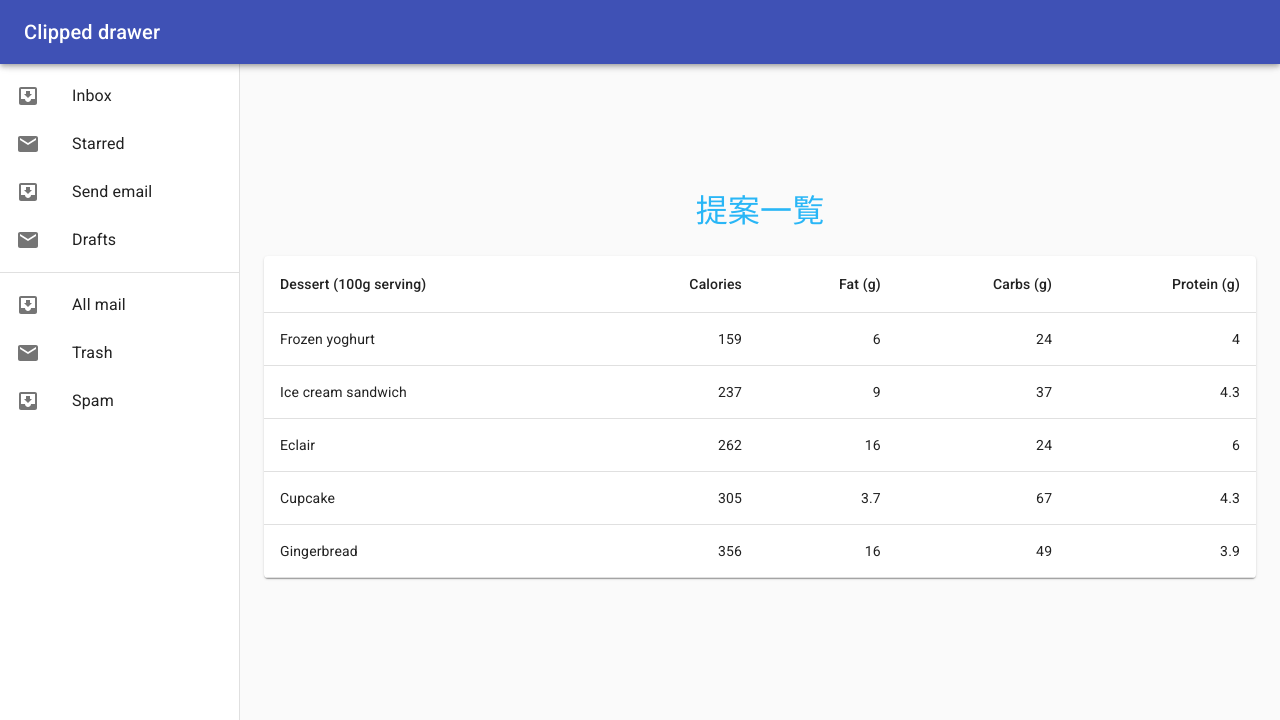
Repository: ukiyah/test
Page: / (app in src/)
These files come from the project's save history. The page is drawn as it stood at one moment and after the next save; the edit follows.
The browser window is 1280 px wide. The pictures show the whole page.
The project was rebuilt for these pictures with package versions that can differ from the ones it lists, and the page was loaded fresh each time. Also part of the build but not shown: src/material-dashboard-react.js, src/Navbars/ref_AdminNavbarLinks/customInputStyle.js, src/Navbars/ref_AdminNavbarLinks/CustomInput.js, src/Navbars/ref_AdminNavbarLinks/buttonStyle.js, src/Navbars/ref_AdminNavbarLinks/Button.js, src/Navbars/ref_AdminNavbarLinks/dropdownStyle.js, src/Navbars/ref_AdminNavbarLinks/headerLinksStyle.js, src/Navbars/AdminNavbarLinks.js and 4 more.

Above is the page before, as saved 2020-02-20 18:39:34.

### src/index.css
body {
  margin: 0;
  font-family: -apple-system, BlinkMacSystemFont, 'Segoe UI', 'Roboto', 'Oxygen',
    'Ubuntu', 'Cantarell', 'Fira Sans', 'Droid Sans', 'Helvetica Neue',
    sans-serif;
  -webkit-font-smoothing: antialiased;
  -moz-osx-font-smoothing: grayscale;
}

code {
  font-family: source-code-pro, Menlo, Monaco, Consolas, 'Courier New',
    monospace;
}

.button {
  color: #000;
}

h1 {
  text-align: center;
  color:#29B6F6;
  font-weight: normal;
}

### src/App.js


// export default App;
import React from 'react';
import { makeStyles } from '@material-ui/core/styles';
import Table from '@material-ui/core/Table';
import TableBody from '@material-ui/core/TableBody';
import TableCell from '@material-ui/core/TableCell';
import TableContainer from '@material-ui/core/TableContainer';
import TableHead from '@material-ui/core/TableHead';
import TableRow from '@material-ui/core/TableRow';
import Paper from '@material-ui/core/Paper';
import ReactDOM from 'react-dom';
import Button from '@material-ui/core/Button';
import 'typeface-roboto';
import Sidebar from './Sidebar/Sidebar';
// import SimpleTable from "./Table";
import ClippedDrawer from "./Drawer";
class App extends React.Component{
  render() {
    return (
      <div>

        <h1>提案一覧</h1>
        {/* <SimpleTable /> */}
        <ClippedDrawer />
      </div>

    );
  }

}

export default App;

### src/Drawer.js
import React from 'react';
import { makeStyles } from '@material-ui/core/styles';
import Drawer from '@material-ui/core/Drawer';
import AppBar from '@material-ui/core/AppBar';
import CssBaseline from '@material-ui/core/CssBaseline';
import Toolbar from '@material-ui/core/Toolbar';
import List from '@material-ui/core/List';
import Typography from '@material-ui/core/Typography';
import Divider from '@material-ui/core/Divider';
import ListItem from '@material-ui/core/ListItem';
import ListItemIcon from '@material-ui/core/ListItemIcon';
import ListItemText from '@material-ui/core/ListItemText';
import InboxIcon from '@material-ui/icons/MoveToInbox';
import MailIcon from '@material-ui/icons/Mail';
import SimpleTable from "./Table";
const drawerWidth = 240;

const useStyles = makeStyles(theme => ({
  root: {
    display: 'flex',
  },
  appBar: {
    zIndex: theme.zIndex.drawer + 1,
  },
  drawer: {
    width: drawerWidth,
    flexShrink: 0,
  },
  drawerPaper: {
    width: drawerWidth,
  },
  content: {
    flexGrow: 1,
    padding: theme.spacing(3),
  },
  toolbar: theme.mixins.toolbar,
}));

export default function ClippedDrawer() {
  const classes = useStyles();

  return (
    <div className={classes.root}>
      <CssBaseline />
      <AppBar position="fixed" className={classes.appBar}>
        <Toolbar>
          <Typography variant="h6" noWrap>
            Clipped drawer
          </Typography>
        </Toolbar>
      </AppBar>
      <Drawer
        className={classes.drawer}
        variant="permanent"
        classes={{
          paper: classes.drawerPaper,
        }}
      >
        <div className={classes.toolbar} />
        <List>
          {['Inbox', 'Starred', 'Send email', 'Drafts'].map((text, index) => (
            <ListItem button key={text}>
              <ListItemIcon>{index % 2 === 0 ? <InboxIcon /> : <MailIcon />}</ListItemIcon>
              <ListItemText primary={text} />
            </ListItem>
          ))}
        </List>
        <Divider />
        <List>
          {['All mail', 'Trash', 'Spam'].map((text, index) => (
            <ListItem button key={text}>
              <ListItemIcon>{index % 2 === 0 ? <InboxIcon /> : <MailIcon />}</ListItemIcon>
              <ListItemText primary={text} />
            </ListItem>
          ))}
        </List>
      </Drawer>
      <main className={classes.content}>
        <div className={classes.toolbar} />
        <Typography paragraph>
            <h1>提案一覧</h1>
            <SimpleTable />

        </Typography>
        <Typography paragraph>

        </Typography>
      </main>
    </div>
  );
}

### src/Table.js
import React from 'react';
import { makeStyles } from '@material-ui/core/styles';
import Table from '@material-ui/core/Table';
import TableBody from '@material-ui/core/TableBody';
import TableCell from '@material-ui/core/TableCell';
import TableContainer from '@material-ui/core/TableContainer';
import TableHead from '@material-ui/core/TableHead';
import TableRow from '@material-ui/core/TableRow';
import Paper from '@material-ui/core/Paper';

const useStyles = makeStyles({
  table: {
    minWidth: 650,
  },
});

function createData(name, calories, fat, carbs, protein) {
  return { name, calories, fat, carbs, protein };
}

const rows = [
  createData('Frozen yoghurt', 159, 6.0, 24, 4.0),
  createData('Ice cream sandwich', 237, 9.0, 37, 4.3),
  createData('Eclair', 262, 16.0, 24, 6.0),
  createData('Cupcake', 305, 3.7, 67, 4.3),
  createData('Gingerbread', 356, 16.0, 49, 3.9),
];

export default function SimpleTable() {
  const classes = useStyles();

  return (
    <TableContainer component={Paper}>
      <Table className={classes.table} aria-label="simple table">
        <TableHead>
          <TableRow>
            <TableCell>Dessert (100g serving)</TableCell>
            <TableCell align="right">Calories</TableCell>
            <TableCell align="right">Fat&nbsp;(g)</TableCell>
            <TableCell align="right">Carbs&nbsp;(g)</TableCell>
            <TableCell align="right">Protein&nbsp;(g)</TableCell>
          </TableRow>
        </TableHead>
        <TableBody>
          {rows.map(row => (
            <TableRow key={row.name}>
              <TableCell component="th" scope="row">
                {row.name}
              </TableCell>
              <TableCell align="right">{row.calories}</TableCell>
              <TableCell align="right">{row.fat}</TableCell>
              <TableCell align="right">{row.carbs}</TableCell>
              <TableCell align="right">{row.protein}</TableCell>
            </TableRow>
          ))}
        </TableBody>
      </Table>
    </TableContainer>
  );
}

Loaded but not shown: src/index.js (common file); src/serviceWorker.js (common file)

After the next save:
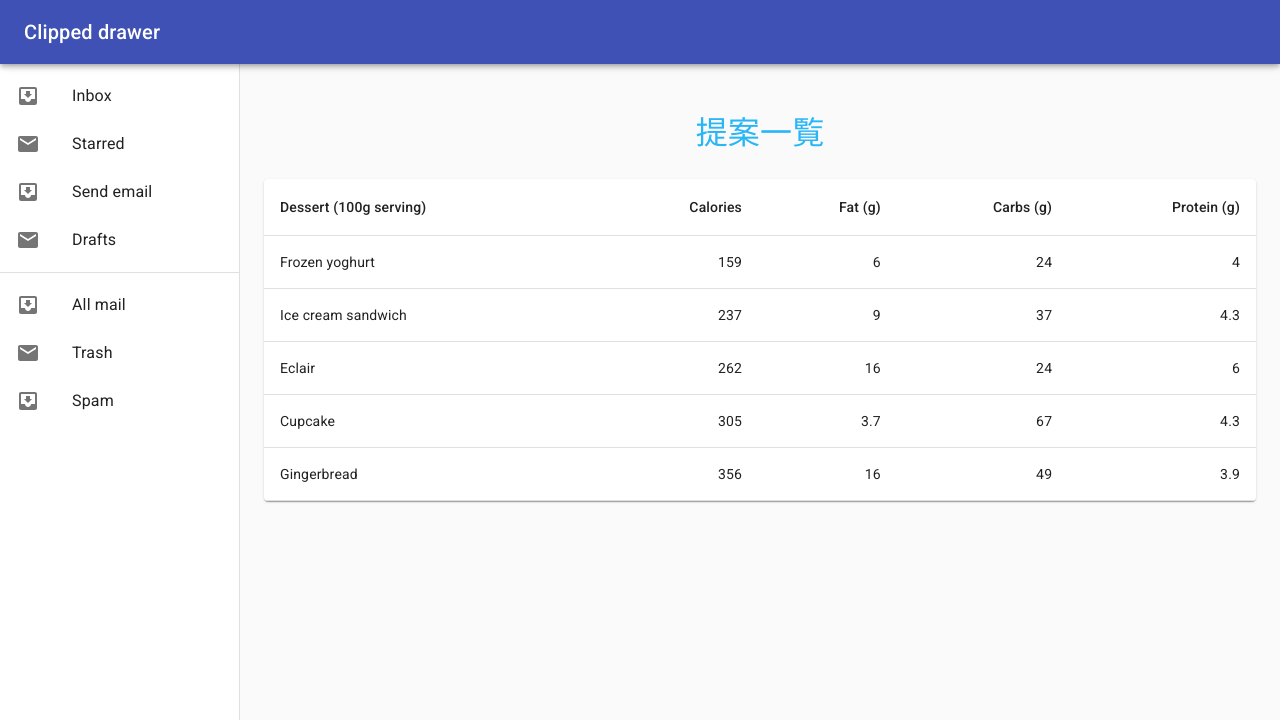
Saved 2 s later.
--- a/src/App.js
+++ b/src/App.js
@@ -21,8 +21,8 @@ class App extends React.Component{
     return (
       <div>
 
-        <h1>提案一覧</h1>
-        {/* <SimpleTable /> */}
+
+
         <ClippedDrawer />
       </div>
 
